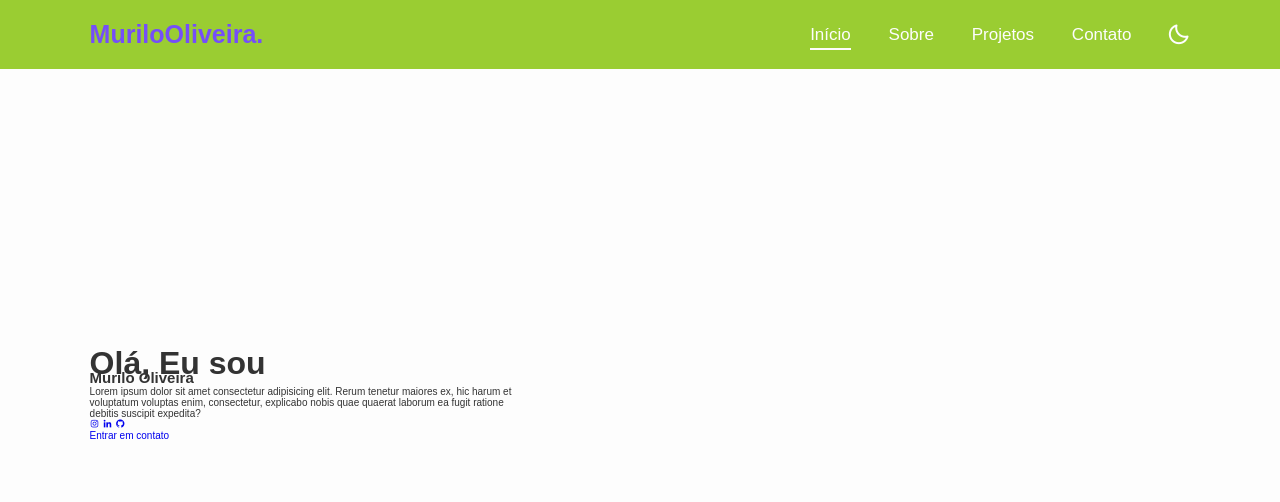
Repository: devMuriloOliveira/Portfolio-
Page: index.html
An editor plug-in stored every save of this project. The page is shown before and after the next save, followed by the edit.
The browser window is 1280 px wide. The pictures show the whole page.

Above is the page before, as saved 2023-03-10 15:55:33.

### index.html
<!DOCTYPE html>
<html lang="en">
  <head>
    <meta charset="UTF-8" />
    <meta http-equiv="X-UA-Compatible" content="IE=edge" />
    <meta name="viewport" content="width=device-width, initial-scale=1.0" />
    <title>Murilo Oliveira</title>

    <!--box icons-->
    <link
      href="https://unpkg.com/boxicons@2.1.4/css/boxicons.min.css"
      rel="stylesheet"
    />

    <!--font-->
    <link
      rel="stylesheet"
      href="https://fonts.googleapis.com/css2?family=Material+Symbols+Outlined:opsz,wght,FILL,GRAD@20..48,100..700,0..1,-50..200"
    />

    <!--css-->
    <link rel="stylesheet" href="style.css" />
  </head>
  <body>
    <header class="header">
      <a class="logo" href="#">Murilo<span>Oliveira</span>.</a>

      <nav class="navbar">
        <a href="#inicio" class="active">Início</a>
        <a href="#sobre">Sobre</a>
        <a href="#projetos">Projetos</a>
        <a href="#contato">Contato</a>
      </nav>

      <div class="bx bx bx-moon" id="darkMode-icon"></div>
    </header>

    <section class="inicio" id="inicio">
      <div class="inicio-content">
        <h3>Olá, Eu sou</h3>
        <h1>Murilo Oliveira</h1>
        <p>
          Lorem ipsum dolor sit amet consectetur adipisicing elit. Rerum tenetur
          maiores ex, hic harum et voluptatum voluptas enim, consectetur,
          explicabo nobis quae quaerat laborum ea fugit ratione debitis suscipit
          expedita?
        </p>

        <div class="social-media">
          <a href="#"><i class="bx bxl-instagram"></i></a>
          <a href="#"><i class="bx bxl-linkedin"></i></a>
          <a href="#"><i class="bx bxl-github"></i></a>
        </div>

        <a href="#" class="btn">Entrar em contato</a>
      </div>
    </section>
    <script src="js/script.js"></script>
  </body>
</html>

### style.css
*{
  margin: 0;
  padding: 0;
  box-sizing: border-box;
  text-decoration: none;
  border: none;
  outline: none;
  scroll-behavior: smooth;
  font-family: 'Poppins', sans-serif;
}

:root{
  --bg-color: #fdfdfd;
  --text-color: #333;
  --main-color: #754ef9;
  --white-color: #fdfdfd;
  --shadow-color: rgba(0, 0, 0, .2);
}

html{
  font-size: 62.5%;
  overflow-x: hidden;
}

body{
  background: var(--bg-color);
  color: var(--text-color);
}

.header{
  position: fixed;
  top: 0;
  left: 0;
  width: 100%;
  padding: 2rem 7%;
  background: yellowgreen;
  display: flex;
  align-items: center;
  z-index: 100;
}

.logo{
  font-size: 2.5rem;
  color: var(--main-color);
  font-weight: 600;
  cursor: default;
  margin-right: auto;
}

.navbar a{
  position: relative;
  font-size: 1.7rem;
  color: var(--white-color);
  font-weight: 500;
  margin-right: 3.5rem;
}

.navbar a.active::before{
  content: '';
  position: absolute;
  left: 0;
  bottom: -6px;
  width: 100%;
  height: .2rem;
  background: var(--white-color);
}

#darkMode-icon{
  font-size: 2.4rem;
  color: var(--white-color);
  cursor: pointer;
}

section{
  min-height: 100vh;
  padding: 10rem 7% 2rem;
}

.inicio{
  display: flex;
  align-items: center;
}

.inicio .inicio-content{
  max-width: 44rem;
}

.inicio-content h3{
  font-size: 3.2rem;
  font-weight: 700;
  line-height: .3;
}

Loaded but not shown: js/script.js (no stored copy; drawn as an empty file)

After the next save:
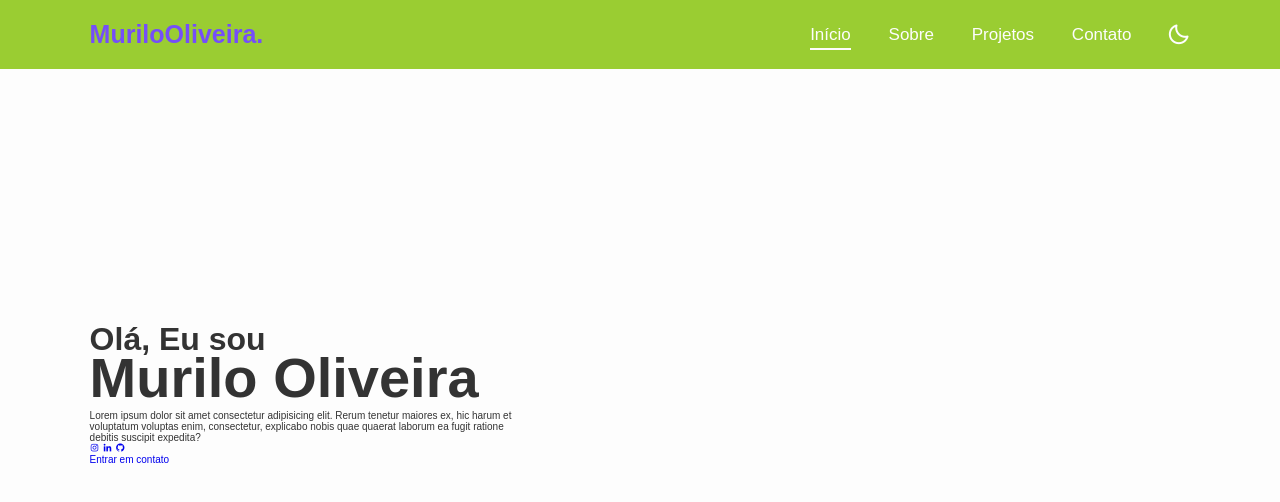
Saved 64 s later.
--- a/style.css
+++ b/style.css
@@ -90,3 +90,8 @@ section{
   font-weight: 700;
   line-height: .3;
 }
+
+.inicio-content h1{
+  font-size: 5.6rem;
+  font-weight: 700;
+}
